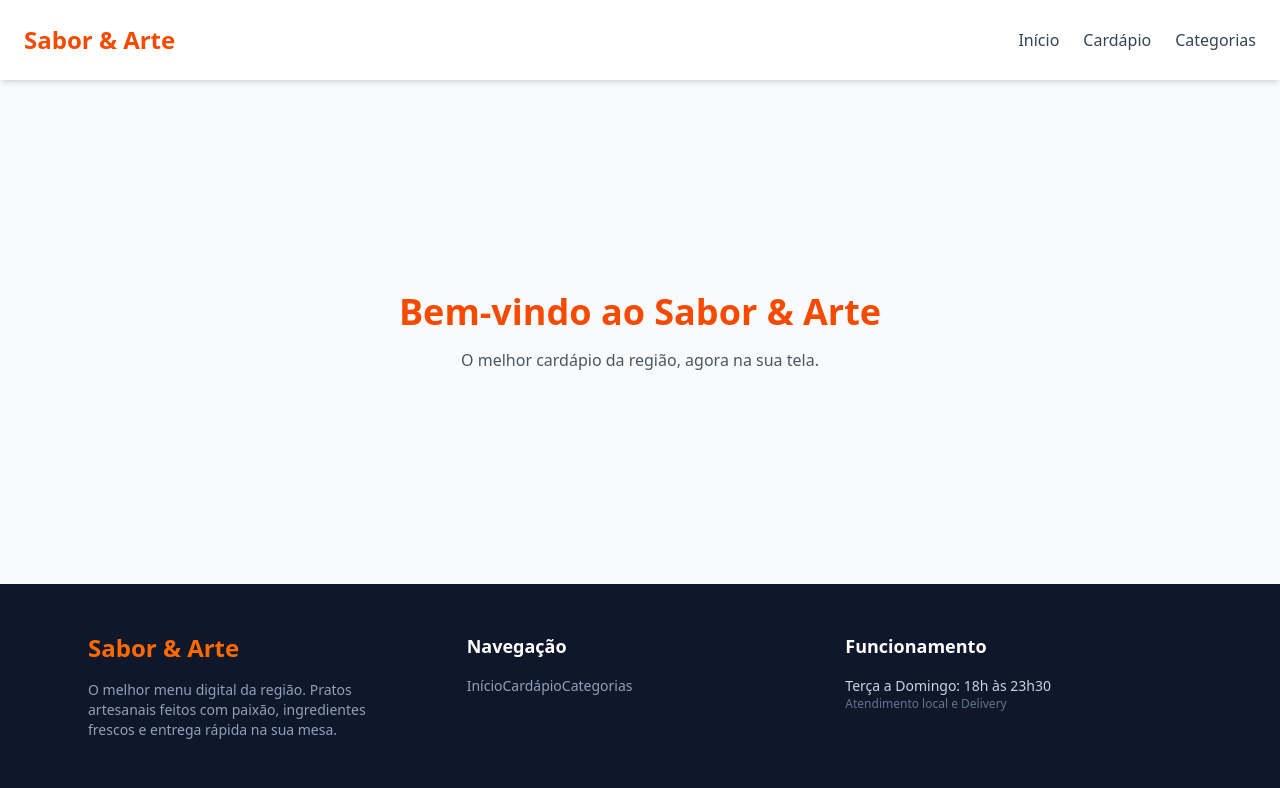
Repository: LuigiBLombardo/Next---Atividade
Page: / (app in sistema-cardapio/)
The author's editor kept a copy of each file at every save. The page is drawn from the files as they stood at one save, then again after a run of saves.
The browser window is 1280 px wide. The pictures show the whole page.
The project was rebuilt for these pictures with package versions that can differ from the ones it lists, and the page was loaded fresh each time. The framework's server and built-in components were replaced by stand-ins that run in the browser. Also part of the build but not shown: sistema-cardapio/next.config.mjs.

Above is the page before, as saved 2026-09-04 19:36:21.

After the next 2 saves:
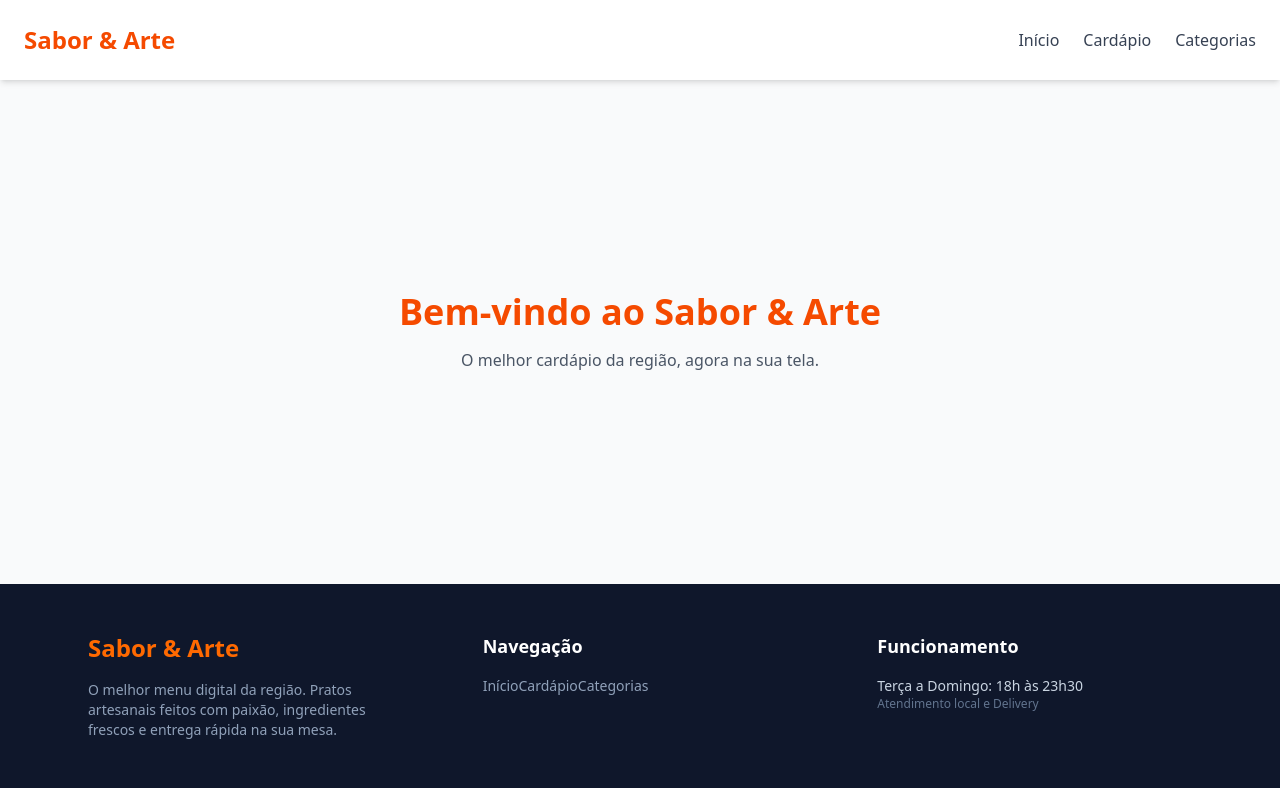
The 2 saves are shown as one change because they came seconds apart.
The last was saved 11 min 10 s later.
--- a/sistema-cardapio/src/components/Footer.js
+++ b/sistema-cardapio/src/components/Footer.js
@@ -4,7 +4,7 @@ export default function Footer(){
     return (
         <footer className="w-full bg-slate-900 text-slate-400 pt-12">
 
-            <div className="max-w-6xl mx-auto px-6 pb-12 grid grid-cols-1 md:grid-cols-3 gap-8">
+            <div className="max-w-6xl mx-auto px-6 pb-12 grid grid-cols-1 md:grid-cols-3 gap-20">
 
                 <div>
                     <h2 className="text-2xl font-bold text-orange-500 mb-4">
